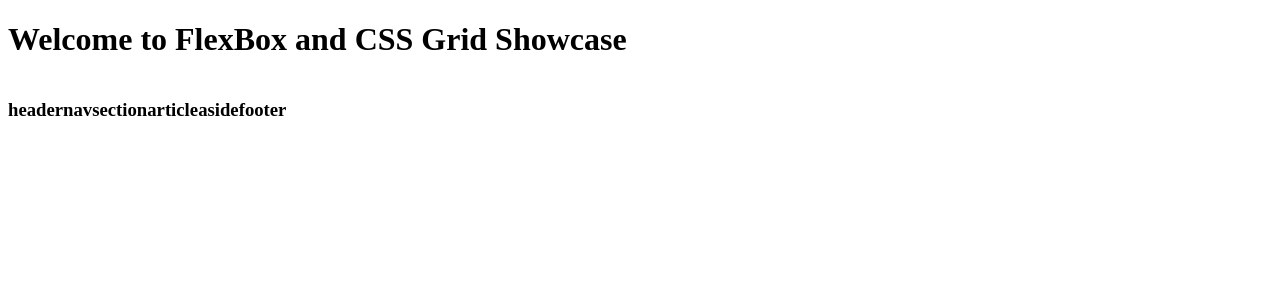
Repository: Awhit-commits/CSS_GRID_AND_FLEXBOX_LESSON
Page: index.html
The author's editor kept a copy of each file at every save. The page is drawn from the files as they stood at one save, then again after the next save.
The browser window is 1280 px wide. The pictures show the whole page.

Above is the page before, as saved 2020-12-21 10:13:39.

After the next save:
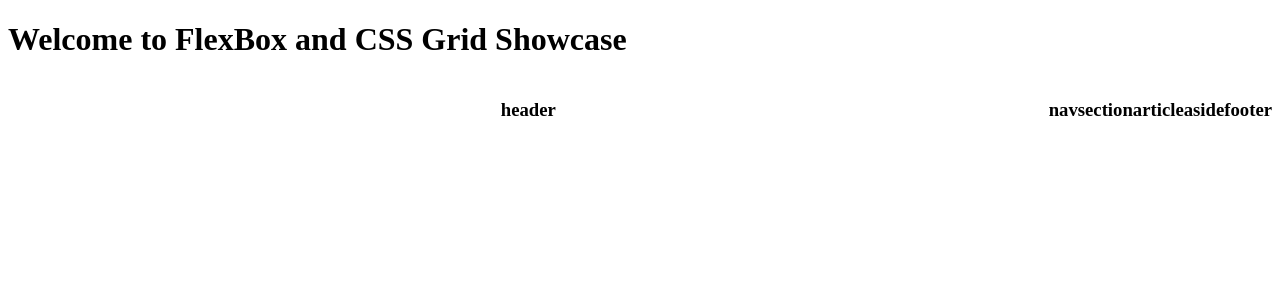
Saved 7 s later.
--- a/style.css
+++ b/style.css
@@ -7,7 +7,7 @@
 .header{
     justify-content: flex-start;
     text-align: center;
-    /* flex-grow: 3; */
+    flex-grow: 3;
 }
 
 .nav{
